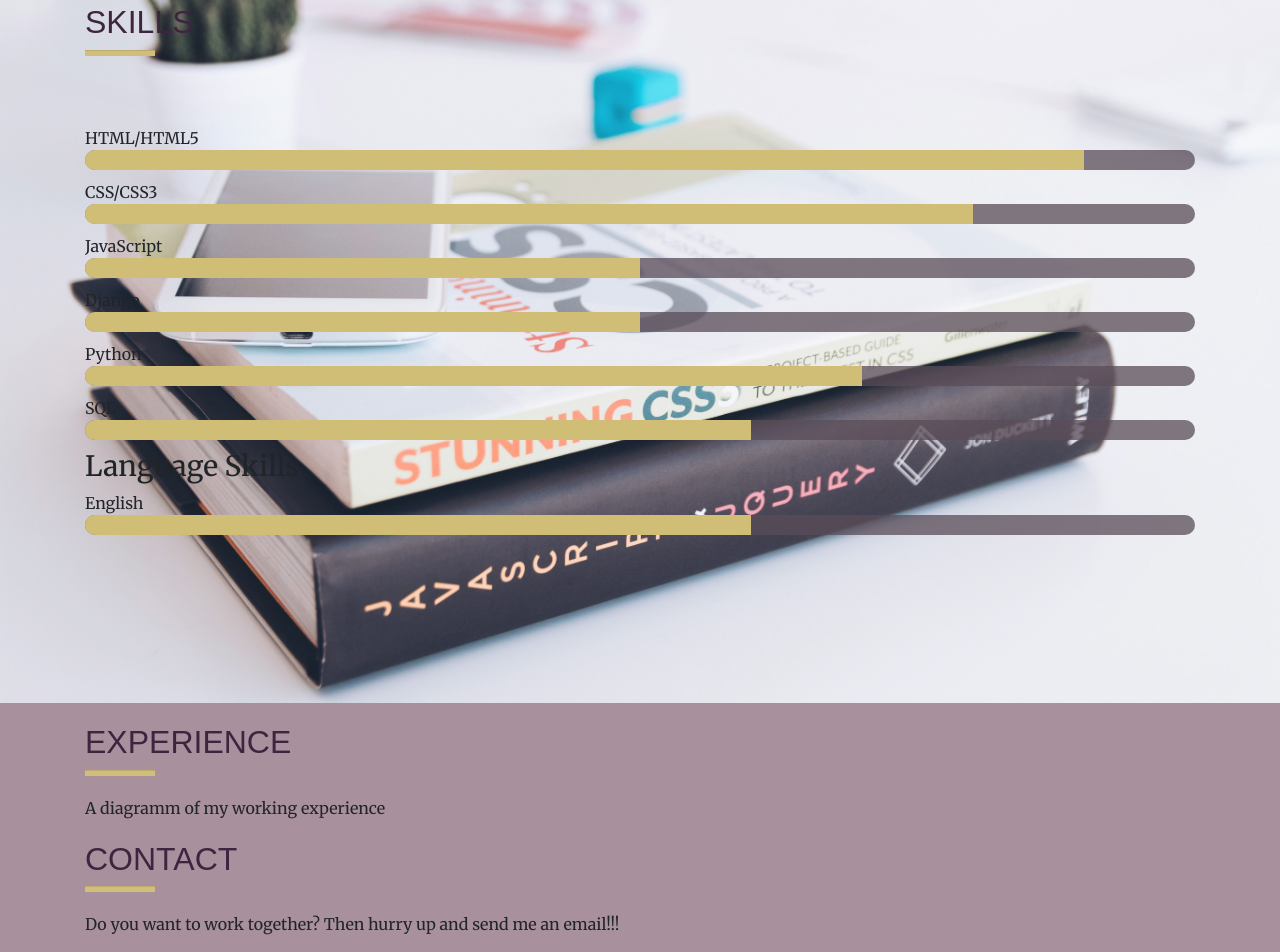
Repository: edshuli/Portfolio
Page: index.html
The author's editor kept a record of every edit. The page is drawn from the files as they stood at one moment, then again after the next edit.
The browser window is 1280 px wide. The pictures show the part of the page from y = 1225 to 2177 px (the page is 2177 px tall).
Backgrounds fixed to the window are drawn as part of the page. Some web fonts or font styles are not loaded; a fallback is used.

Above is the page before.

After the next edit:
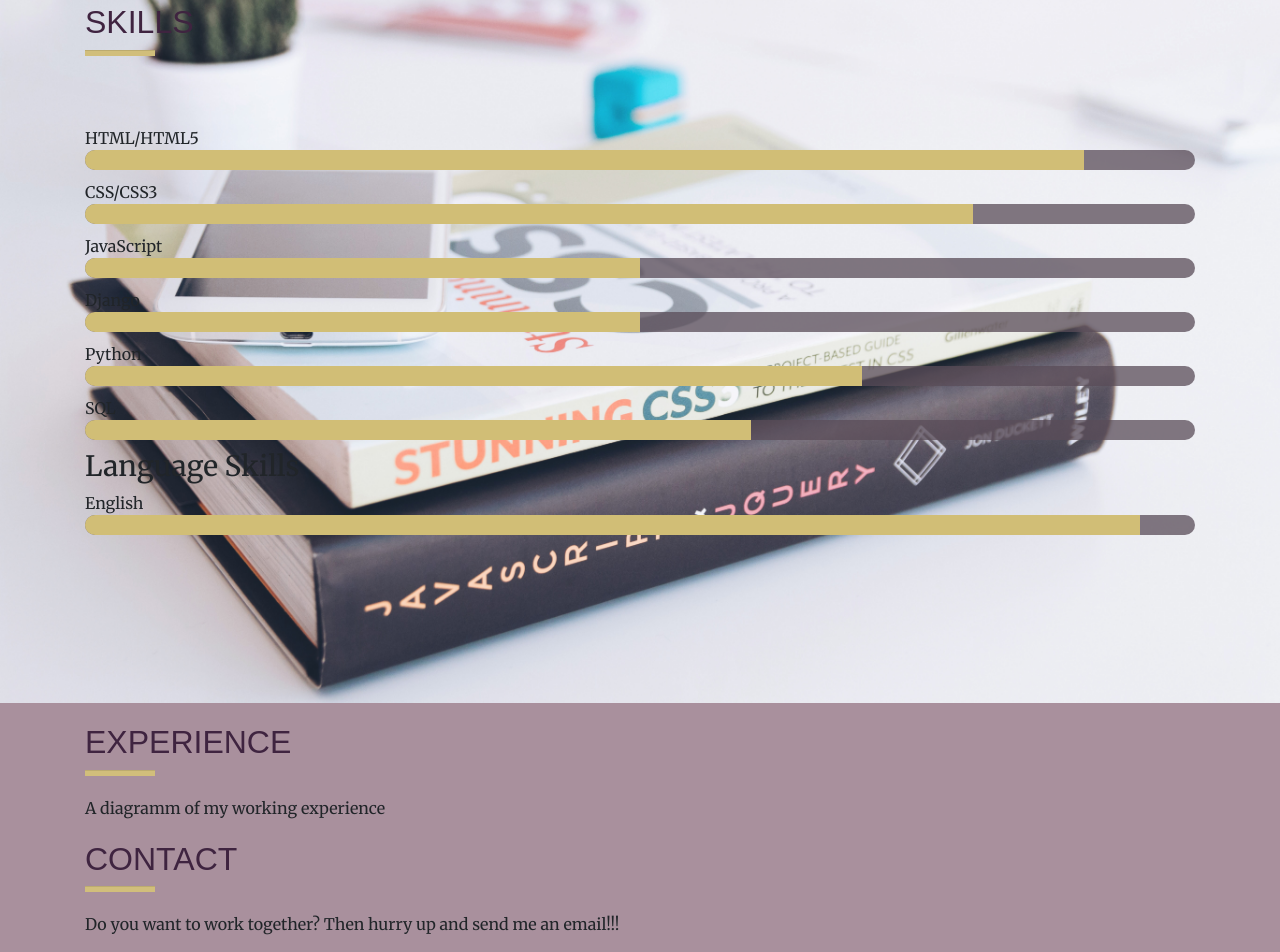
The edit:
--- a/index.html
+++ b/index.html
@@ -143,8 +143,8 @@
                         <h3>Language Skills</h3>
                          <div class="skill-item-desc">English</div>
                         <div class="progress">
-                            <div class="progress-bar" role="progressbar" aria-valuenow="60" aria-valuemin="0" aria-valuemax="100" style="width:60%">
-                                <span class="sr-only">60% complete</span>
+                            <div class="progress-bar" role="progressbar" aria-valuenow="95" aria-valuemin="0" aria-valuemax="100" style="width:95%">
+                                <span class="sr-only">95% complete</span>
                             </div>
                         </div>
                     </div>
